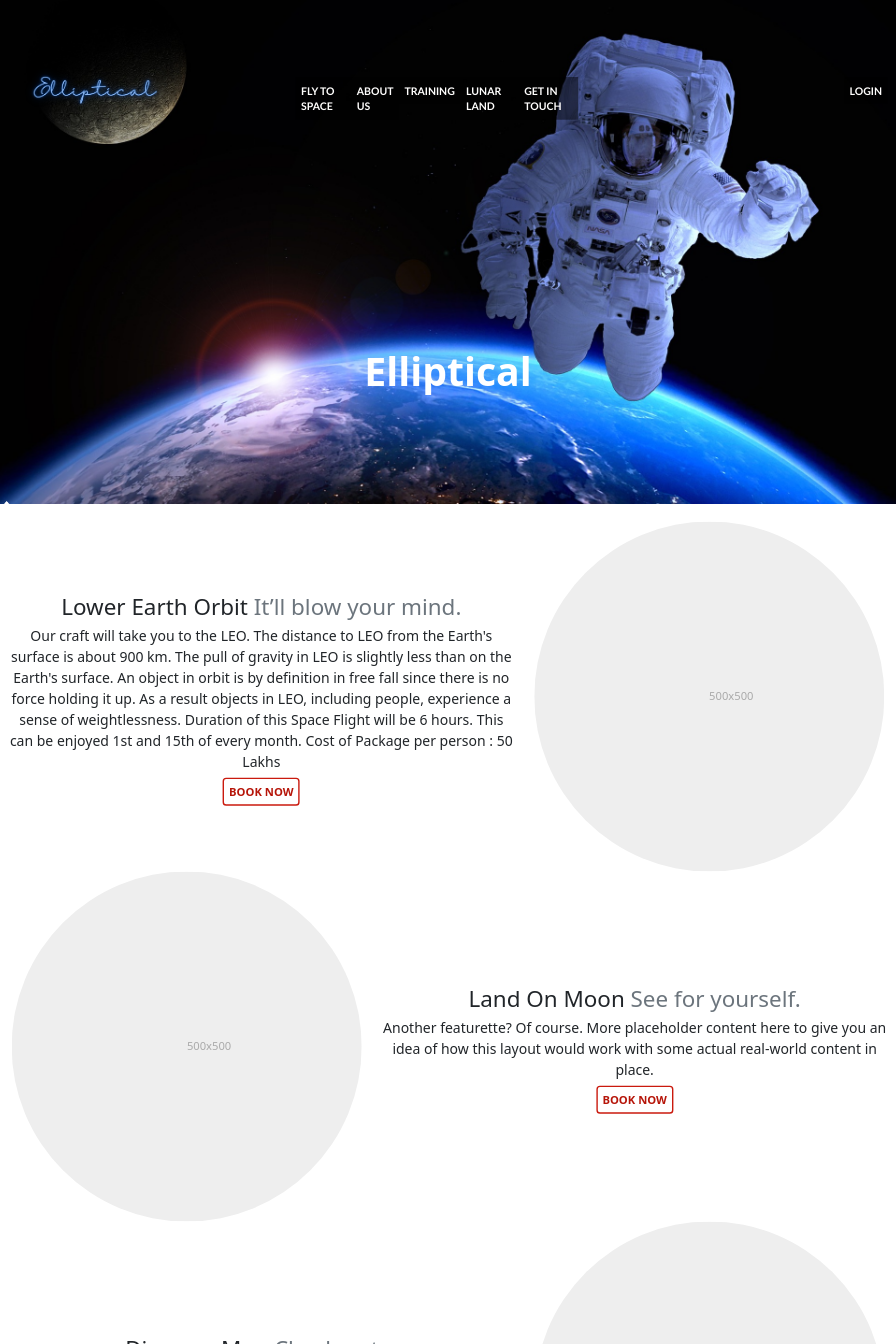
Repository: sarthakkathpalia/elliptical
Page: html/home.html
An editor plug-in stored every save of this project. The page is shown before and after the next save, followed by the edit.
The browser window is 1280 px wide. The pictures show the part of the page from y = 0 to 1920 px (the page is 4287 px tall), at 70% of full size.
Some web libraries are served in a nearby version.

Above is the page before, as saved 2021-10-31 14:22:20.
Console error: ReferenceError: emailjs is not defined

### html/home.html
<!doctype html>
<html lang="en">
  <head>
    <!-- Required meta tags -->
    <meta charset="utf-8">
    <meta name="viewport" content="width=device-width, initial-scale=1">

    <!-- Bootstrap CSS -->
    <link href="https://cdn.jsdelivr.net/npm/bootstrap@5.1.3/dist/css/bootstrap.min.css" rel="stylesheet" integrity="sha384-1BmE4kWBq78iYhFldvKuhfTAU6auU8tT94WrHftjDbrCEXSU1oBoqyl2QvZ6jIW3" crossorigin="anonymous">
    <link rel="stylesheet" href="/Css/home.css">
    <script type="text/javascript" src="https://cdn.jsdelivr.net/npm/emailjs-com@3/dist/email.min.js"></script>
    <link rel="stylesheet" href="https://cdn.jsdelivr.net/npm/bootstrap-icons@1.6.1/font/bootstrap-icons.css">

    <script type="text/javascript">
    (function() {
    emailjs.init("user_RQy2NQAr1UeMOoaw4Cpgi");
    })();
    </script>
    <title>XYZ</title>
  </head>
  <body>

    <nav class="navbar navbar-expand-lg ">

      <a class="logo" href="#">
        <img src="./Elliptical Logo without bg.png" alt="Elliptical" width="250px" height="250px">
      </a>

        <div class="container">
        <!-- <button class="navbar-toggler" type="button" data-bs-toggle="collapse" data-bs-target="#navbarNavDropdown" aria-controls="navbarNavDropdown" aria-expanded="false" aria-label="Toggle navigation">
          <span class="navbar-toggler-icon"></span>
        </button> -->

        <div class="collapse navbar-collapse" id="navbarNavDropdown">
          <ul class="navbar-nav ">
            <li class="nav-item">
              <a class="nav-link" href="login.html">FLY TO SPACE</a>
            </li>
            <li class="nav-item">
              <a class="nav-link" href="#section2">About Us</a>
            </li>
            <li class="nav-item">
            <li class="nav-item">
                <a class="nav-link" href="test.html">Training</a>
            </li>
              <a class="nav-link" href="#">Lunar Land</a>
            </li>
            <li class="nav-item">
              <a class="nav-link" href="#contact">Get In Touch</a>
            </li>
            <li class="nav-item login">
              <a class="nav-link" href="login.html">Login</a>
            </li>
          </ul>
            <!-- <li class="nav-item dropdown">
              <a class="nav-link dropdown-toggle" href="#" id="navbarDropdownMenuLink" role="button" data-bs-toggle="dropdown" aria-expanded="false">
                Dropdown link
              </a>
              <ul class="dropdown-menu" aria-labelledby="navbarDropdownMenuLink">
                <li><a class="dropdown-item" href="#">Action</a></li>
                <li><a class="dropdown-item" href="#">Another action</a></li>
                <li><a class="dropdown-item" href="#">Something else here</a></li>
              </ul>
            </li> -->



            <!-- <div class="right ms-auto">
            <a class="nav-link" href="#"></a>
          </div>
          <input type="checkbox" id="check"> -->
    <!-- <label for="check">
      <i class="bi bi-bag" id="btn"></i>
      <i class="bi bi-x-square" id="cancel"></i>
    </label> -->
    <!-- <div class="sidebar">
      <header>Shop</header>
      <a href="#" class="active">
        <i class="bi bi-caret-right"></i>
        <span>Dashboard</span>
      </a>
      <a href="#">
        <i class="bi bi-caret-right"></i>
        <span>Shortcuts</span>
      </a>
      <a href="#">
        <i class="bi bi-caret-right"></i>
        <span>Overview</span>
      </a>
      <a href="#">
        <i class="bi bi-caret-right"></i>
        <span>Events</span>
      </a>
      <a href="#">
        <i class="bi bi-caret-right"></i>
        <span>About</span>
      </a>
      <a href="#">
        <i class="bi bi-caret-right"></i>
        <span>Services</span>
      </a>
      <a href="#">
        <i class="bi bi-caret-right"></i>
        <span>Contact</span>
      </a>
    </div> -->
        </div>
      </div>
    </nav>





    <div class="home vh-100 d-flex align-items-center " id="home">
      <div class="container ">
          <div class="row">
              <div class="col-lg-7 mx-auto text-center">
                  <h1 class="display-4 ">Elliptical</h1>
                  <!-- <p class=" my-3">Lorem ipsum dolor sit amet, consectetur adipisicing elit. Eaque quia
                      sequi eius. Quas, totam aliquid. Repudiandae reiciendis vel excepturi ipsa voluptate dicta!
                  </p> -->
              </div>
          </div>
      </div>
  </div>


      <a id="arrow" class = "arrow" href="#home "><i class="up"></i></a>
      <a id="arrow" class = "arrow" href="#section2 "><i class="down"></i></a>







<div class="container marketing">



  <div id="fly" class="con1 ">
  <div class="row featurette align-items-center">
    <div class="col-md-7">
      <h2 class="featurette-heading">Lower Earth Orbit <span class="text-muted">It’ll blow your mind.</span></h2>
      <p class="lead">Our craft will take you to the LEO. The distance to LEO from the Earth's surface is about 900 km. The pull of gravity in LEO is slightly less than on the Earth's surface. An object in orbit is by definition in free fall since there is no force holding it up. As a result objects in LEO, including people, experience a sense of weightlessness.
        Duration of this Space Flight will be 6 hours. This can be enjoyed 1st and 15th of every month.

        Cost of Package per person : 50 Lakhs</p>

      <div class="Booknow">
        <a  href="login.html">Book Now</a>
      </div>

    </div>
    <div class="col-md-5">
      <!-- <img src="cosmos.jpg" alt=""> -->
      <svg class="bd-placeholder-img bd-placeholder-img-lg featurette-image img-fluid mx-auto" width="500" height="500" xmlns="http://www.w3.org/2000/svg" role="img" aria-label="Placeholder: 500x500" preserveAspectRatio="xMidYMid slice" focusable="false"><title>Placeholder</title><rect width="100%" height="100%" fill="#eee"></rect><text x="50%" y="50%" fill="#aaa" dy=".3em">500x500</text></svg>

    </div>
  </div>
</div>


<div id="fly" class="con2">
  <div class="row featurette align-items-center">
    <div class="col-md-7 order-md-2">
      <h2 class="featurette-heading">Land On Moon <span class="text-muted">See for yourself.</span></h2>
      <p class="lead">Another featurette? Of course. More placeholder content here to give you an idea of how this layout would work with some actual real-world content in place.</p>

      <div class="Booknow">
        <a  href="login.html">Book Now</a>
      </div>
    </div>
    <div class="col-md-5 order-md-1">
      <svg class="bd-placeholder-img bd-placeholder-img-lg featurette-image img-fluid mx-auto" width="500" height="500" xmlns="http://www.w3.org/2000/svg" role="img" aria-label="Placeholder: 500x500" preserveAspectRatio="xMidYMid slice" focusable="false"><title>Placeholder</title><rect width="100%" height="100%" fill="#eee"></rect><text x="50%" y="50%" fill="#aaa" dy=".3em">500x500</text></svg>

    </div>
  </div>
</div>


<div id="fly" class="con3">
  <div class="row featurette align-items-center">
    <div class="col-md-7">
      <h2 class="featurette-heading">Discover Mars<span class="text-muted">Checkmate.</span></h2>
      <p class="lead">And yes, this is the last block of representative placeholder content. Again, not really intended to be actually read, simply here to give you a better view of what this would look like with some actual content. Your content.</p>
      <div class="Booknow">
        <a  href="login.html">Book Now</a>
      </div>
    </div>
    <div class="col-md-5">
      <svg class="bd-placeholder-img bd-placeholder-img-lg featurette-image img-fluid mx-auto" width="500" height="500" xmlns="http://www.w3.org/2000/svg" role="img" aria-label="Placeholder: 500x500" preserveAspectRatio="xMidYMid slice" focusable="false"><title>Placeholder</title><rect width="100%" height="100%" fill="#eee"></rect><text x="50%" y="50%" fill="#aaa" dy=".3em">500x500</text></svg>

    </div>
  </div>
</div>


<div id="fly" class="con4 ">
<div class="row featurette align-items-center">
  <div class="col-md-7 order-md-2">
    <h2 class="featurette-heading">Honey To Moon <span class="text-muted">See for yourself.</span></h2>
    <p class="lead">Another featurette? Of course. More placeholder content here to give you an idea of how this layout would work with some actual real-world content in place.</p>

    <div class="Booknow">
      <a  href="login.html">Book Now</a>
    </div>
  </div>
  <div class="col-md-5 order-md-1">
    <svg class="bd-placeholder-img bd-placeholder-img-lg featurette-image img-fluid mx-auto" width="500" height="500" xmlns="http://www.w3.org/2000/svg" role="img" aria-label="Placeholder: 500x500" preserveAspectRatio="xMidYMid slice" focusable="false"><title>Placeholder</title><rect width="100%" height="100%" fill="#eee"></rect><text x="50%" y="50%" fill="#aaa" dy=".3em">500x500</text></svg>

  </div>
</div>
</div>
</div>

  <!-- <div class="col-md-5">
    <svg class="bd-placeholder-img bd-placeholder-img-lg featurette-image img-fluid mx-auto" width="500" height="500" xmlns="http://www.w3.org/2000/svg" role="img" aria-label="Placeholder: 500x500" preserveAspectRatio="xMidYMid slice" focusable="false"><title>Placeholder</title><rect width="100%" height="100%" fill="#eee"></rect><text x="50%" y="50%" fill="#aaa" dy=".3em">500x500</text></svg>

  </div>
</div>
</div> -->

<!-- <section id="services">

  <div class="container">
      <div class="row  mb-5">
          <div class=" col-md-8 mx-auto text-center">

              <h1 data-aos="fade-up">Reviews</h1>
              <p>Lorem ipsum dolor sit amet consectetur nisi necessitatibus repellat distinctio eveniet eaque fuga
                  in cumque optio consectetur harum vitae debitis sapiente praesentium aperiam aut</p>
          </div>
      </div>
      <div class="row g-4">
          <div class="col-lg-4 col-sm-6">
              <div class="service card-effect bounceInUp">
                  <div class="iconbox">
                      <i class='bx bxs-check-shield'></i>
                  </div>
                  <h5 class="mt-4 mb-2">x</h5>
                  <p>Lorem ipsum dolor sit amet consectetur adipisicing elit. Nihil perspiciatis illo asperiores
                      perferendis </p>
              </div>
          </div>
          <div class="col-lg-4 col-sm-6">
              <div class="service card-effect">
                  <div class="iconbox">
                      <i class='bx bxs-comment-detail'></i>
                  </div>
                  <h5 class="mt-4 mb-2">y</h5>
                  <p>Lorem ipsum dolor sit amet consectetur adipisicing elit. Nihil perspiciatis illo asperiores
                      perferendis </p>
              </div>
          </div>
          <div class="col-lg-4 col-sm-6">
              <div class="service card-effect">
                  <div class="iconbox">
                      <i class='bx bxs-cog'></i>
                  </div>
                  <h5 class="mt-4 mb-2">z</h5>
                  <p>Lorem ipsum dolor sit amet consectetur adipisicing elit. Nihil perspiciatis illo asperiores
                      perferendis </p>
              </div>
          </div>
         </div>

  </div>
</section> -->
<main id=section2>
  <div class=" section2 container ">
    <div class="row ">
      <div class="col-lg-6 ">
          <h1 data-js="reveal" class="display-4 ">About Us</h1>
          <p  data-js="reveal" class=" my-3">
            Our planet Earth has about 8 Billion people and hardly 650 of them have been lucky enough who got the opportunity to travel in space under various missions. In 2020, Elliptical opened the doors for common citizens to explore space, not under any Government Mission but on a joy trip on a Space Craft owned by us named __(space craft name). It is a matter of pride that we will be the first Indian company to start space travel as a private enterprise. Our first trip to Moon is scheduled for 24th December 2021 from 'Sriharikota' and later in June'22 we plan to take a trip to Mars too. However we have not restricted our spectrum of activities to Space Travel only but we also undertake training of people for Space Travel and besides we are authorised company for sale of Lunar Land!!
          </p>
      </div>
    </div>
</div>
</main>
<div id= "contact" class="form">

  <h2>Get in Touch</h2>
  <label htmlFor="name">Name</label>
  <input type="text" id="name"/>
  <label htmlFor="City">City</label>
  <input type="text" id="city"/>
  <label htmlFor="email">E-Mail</label>
  <input type="email" id="email"/>
  <label>Contact Details</label>
  <textarea  rows="7" cols="100"  id="message" ></textarea>
  <button class="b1" onclick="sendEmail()">Submit</button>
</div>



<footer class="py-3 my-0">
  <!-- <ul class="nav justify-content-center border-bottom pb-3 mb-3">
    <li class="nav-item"><a href="#" class="nav-link px-2 text-muted">Home</a></li>
    <li class="nav-item"><a href="#" class="nav-link px-2 text-muted">Features</a></li>
    <li class="nav-item"><a href="#" class="nav-link px-2 text-muted">Pricing</a></li>
    <li class="nav-item"><a href="#" class="nav-link px-2 text-muted">FAQs</a></li>
    <li class="nav-item"><a href="#" class="nav-link px-2 text-muted">About</a></li>
  </ul> -->
  <p class="text-center text-muted">© 2021 Elliptical, Inc</p>
</footer>



    <!-- Optional JavaScript; choose one of the two! -->

    <!-- Option 1: Bootstrap Bundle with Popper -->
    <script src="https://cdn.jsdelivr.net/npm/bootstrap@5.1.3/dist/js/bootstrap.bundle.min.js" integrity="sha384-ka7Sk0Gln4gmtz2MlQnikT1wXgYsOg+OMhuP+IlRH9sENBO0LRn5q+8nbTov4+1p" crossorigin="anonymous"></script>

    <!-- Option 2: Separate Popper and Bootstrap JS -->
    <!--
    <script src="https://cdn.jsdelivr.net/npm/@popperjs/core@2.10.2/dist/umd/popper.min.js" integrity="sha384-7+zCNj/IqJ95wo16oMtfsKbZ9ccEh31eOz1HGyDuCQ6wgnyJNSYdrPa03rtR1zdB" crossorigin="anonymous"></script>
    <script src="https://cdn.jsdelivr.net/npm/bootstrap@5.1.3/dist/js/bootstrap.min.js" integrity="sha384-QJHtvGhmr9XOIpI6YVutG+2QOK9T+ZnN4kzFN1RtK3zEFEIsxhlmWl5/YESvpZ13" crossorigin="anonymous"></script>
    -->
    <script src="/main.js"></script>
  </body>
</html>

### Css/home.css

*{
    margin: 0;
    padding: 0;
    box-sizing: border-box;
}
.logo{
    /* background-color: white; */
   /* margin: 0px; */
   margin-left: 10px;
   margin-top: -20px;
}
.navbar-nav{
    font-weight: bold;
    text-transform: uppercase;
    margin-left: 150px;
    font-size: 15px;
    font-family: 'Gill Sans', 'Gill Sans MT', Calibri, 'Trebuchet MS', sans-serif;
}

.navbar{
    position: fixed;
    z-index: 10;
    margin-top: 17px;
    width: 100%;

}
.navbar-nav a{
    color: rgb(255, 254, 253);
    background-color: rgba(0, 0, 0, 0.459);

}

.navbar-nav a:hover{
    color: rgb(78, 168, 209);

}
.home{
    position: relative;
    background-image: url(/Images/astronaut.jpg);
    background-size: cover;
    background-position: center;
}
.home .row{
    margin-top: 350px;
}
.home h1{
    color: rgb(255, 255, 255);
    font-weight: bold;
}
.home p{
    color: antiquewhite;
}
.row a{
    border: 2px solid wheat;
    color: aliceblue;
}
.row a:hover{
    transition: 0.2s;
    transform: translateY(5%);
    font-size: 18px;
    border: 2px solid wheat;
    color: aliceblue;
}

.right a{
   color: white;
   font-weight: bold;
   text-transform: uppercase;

   font-size: 15px;
   font-family: 'Gill Sans', 'Gill Sans MT', Calibri, 'Trebuchet MS', sans-serif;
}
.right a:hover{
    color: rgb(78, 168, 209);
    text-decoration: underline;
    transition: 0.5s;
   font-size: 18px;
   transform: translateY(-8%);

}
.nav-item a:focus{
    color:black;
}

section {

    height:700px;

  }
  .service{
    padding: 25px;
    box-shadow: 5px 8px 22px rgba(0, 0, 0, 0.199);
    transition: all 0.35s ease;
  }

  .service:hover{
    box-shadow: 5px 8px 22px rgba(38, 17, 66, 0.205);
    transform: translateY(5px);

  }


   #section2 .container {

    height:650px;

    background-image: url(/Images/moonphase.jpg);
    background-repeat: no-repeat;
    background-size: cover;
    background-position: center;
    max-width: 100%;
    text-align: center;

  }

  .section2 h1{
    text-align: center;
    font-weight: bold;
    color: #b93632;
    padding-bottom: 47px;

  }
  .section2 p{

    padding-bottom: 50px;
    font-size: 20px;
  }

  .section2 .row{
    display: flex;
     max-width: 100%;
    padding: 70px;
     justify-content: center;
     margin-bottom:150px ;
    color: aliceblue;
    font-size: 18px;
  }
  [data-reveal="text"]{
      opacity: 0;

  }
  [data-js="reveal"].loaded [data-reveal="text"]{
      opacity:1;
      animation:reveal-text 1.5s ease;

  }
  @keyframes reveal-text {
      0%{
         opacity: 0;

      }
      50%{

          opacity: 1;
      }

    }

    .marketing{


      background-size: cover;
      background-position: center;
      max-width: 100%;

    }


      footer {
        background-color: #000000e7;
        margin-bottom: 0%;
        /* background-image:url(/Images/cosmos.jpg) ; */
      }
      .form{

        height: 820px;
        font-family: 'Gill Sans', 'Gill Sans MT', Calibri, 'Trebuchet MS', sans-serif;
        font-weight: bolder;
        padding-top: 80px;
        padding-left: 200px;
        /* background-image:url("/Images/contact.jpg"); */

        display: flex;
        color: rgba(255, 255, 255, 0.904);
        flex-direction: column;
        background-image: url(/Images/rotating-earth.gif);
         background-repeat: no-repeat;
         background-size: cover;
         background-position: center;
    }

    input,textarea{
        /* background-color: slategrey; */
        background: transparent;
        border-color: rgba(255, 255, 255, 0.918);
        border-width: 3px;
        color: white;
    }
    textarea{
        width:350px;

        border-radius: 8px;

    }
    input{
        width:350px;
        height: 30px;
        border-radius: 8px;
    }

    label{
        font-size: 20px;
        margin-top: 30px;
        margin-bottom: 3px;
    }
    .b1{
        margin-top: 20px;
        color: rgba(255, 255, 255, 0.911);
        background-color:#000000 ;
        padding: 18px;
        font-size: 25px;
        width: 350px;
        border-radius: 8px;
    }
    .b1:hover{
        background-color: white;
        color: black;
    }
    svg{
        clip-path: circle();

    }
    i{
        border: solid white;
        border-width: 0 3px 3px 0;
        display: inline-block;
        padding: 8px;

    }

    .up{
        transform:rotate(-135deg);
    }
    .down{

        transform: rotate(45deg);
    }

.login{
    margin-left: 380px;
}



.featurette{
    text-align: center;
}
.Booknow a{
    color:rgb(182, 21, 9);
    text-decoration: none;
    padding: 7px;
    font-weight: bold;
    text-transform: uppercase;
    border-radius: 5px;
    border: 2px solid rgb(202, 26, 14);
}
.Booknow a:hover{
    background-color: rgb(202, 26, 14);
    padding: 8px;
    font-weight: normal;
    font-size: 17px;
    border:none
}

### main.js
"use strict";
const sendEmail = async () => {
  var templateParams = {
      name: document.getElementById("name").value,
      message:document.getElementById("message").value,
      city:document.getElementById("city").value,
      Email:document.getElementById("email").value
  };

  emailjs.send('service_v5j0w57', 'template_jckj8km',templateParams)
    .then(function(res)
        {
          console.log("success",res.status);
        })

  const res = await fetch("https://tea-baggins-default-rtdb.firebaseio.com/form.json",{
      method: "POST",
      headers: {
          "Content-Type" : "application/json",
      },
      body:JSON.stringify(templateParams),
     })

  console.log("submited");
  alert("Thank you for your response");
}

var COLOR_LIST = ['#31fe4d', '#ff00ff', 'orange', '#007fff', '#00ffff'];
var $targetList;

var init = function init() {
  $targetList = document.querySelectorAll('[data-js="reveal"]');
  setup();
  window.addEventListener('scroll', onScroll, false);
  window.dispatchEvent(new Event('scroll'));
};

var getArrayRandomValue = function getArrayRandomValue(array) {
  return array[Math.floor(Math.random() * array.length)];
};

var setup = function setup() {
  var _iteratorNormalCompletion = true;
  var _didIteratorError = false;
  var _iteratorError = undefined;

  try {
    for (var _iterator = $targetList[Symbol.iterator](), _step; !(_iteratorNormalCompletion = (_step = _iterator.next()).done); _iteratorNormalCompletion = true) {
      var $target = _step.value;
      var content = $target.innerHTML;
      var color = 'revealColor' in $target.dataset ? $target.dataset.revealColor : getArrayRandomValue(COLOR_LIST);
      $target.innerHTML = "<span data-reveal=\"content\"><div data-reveal=\"cover\" style=\"background-color:".concat(color, "\"></div><span data-reveal=\"text\">").concat(content, "</span></span>");
    }
  } catch (err) {
    _didIteratorError = true;
    _iteratorError = err;
  } finally {
    try {
      if (!_iteratorNormalCompletion && _iterator.return != null) {
        _iterator.return();
      }
    } finally {
      if (_didIteratorError) {
        throw _iteratorError;
      }
    }
  }
};

var onScroll = function onScroll() {
  var windowH = window.innerHeight;
  var scrollTop = document.documentElement.scrollTop || document.body.scrollTop;
  var isMostScroll = document.body.clientHeight <= scrollTop + windowH;
  var _iteratorNormalCompletion2 = true;
  var _didIteratorError2 = false;
  var _iteratorError2 = undefined;

  try {
    for (var _iterator2 = $targetList[Symbol.iterator](), _step2; !(_iteratorNormalCompletion2 = (_step2 = _iterator2.next()).done); _iteratorNormalCompletion2 = true) {
      var $target = _step2.value;
      if ($target.classList.contains('loaded')) continue;
      var rect = $target.getBoundingClientRect();
      var top = rect.top + scrollTop;
      if (isMostScroll || top <= scrollTop + windowH * .8) $target.classList.add('loaded');
    }
  } catch (err) {
    _didIteratorError2 = true;
    _iteratorError2 = err;
  } finally {
    try {
      if (!_iteratorNormalCompletion2 && _iterator2.return != null) {
        _iterator2.return();
      }
    } finally {
      if (_didIteratorError2) {
        throw _iteratorError2;
      }
    }
  }
};

document.addEventListener('DOMContentLoaded', init, false);

After the next save:
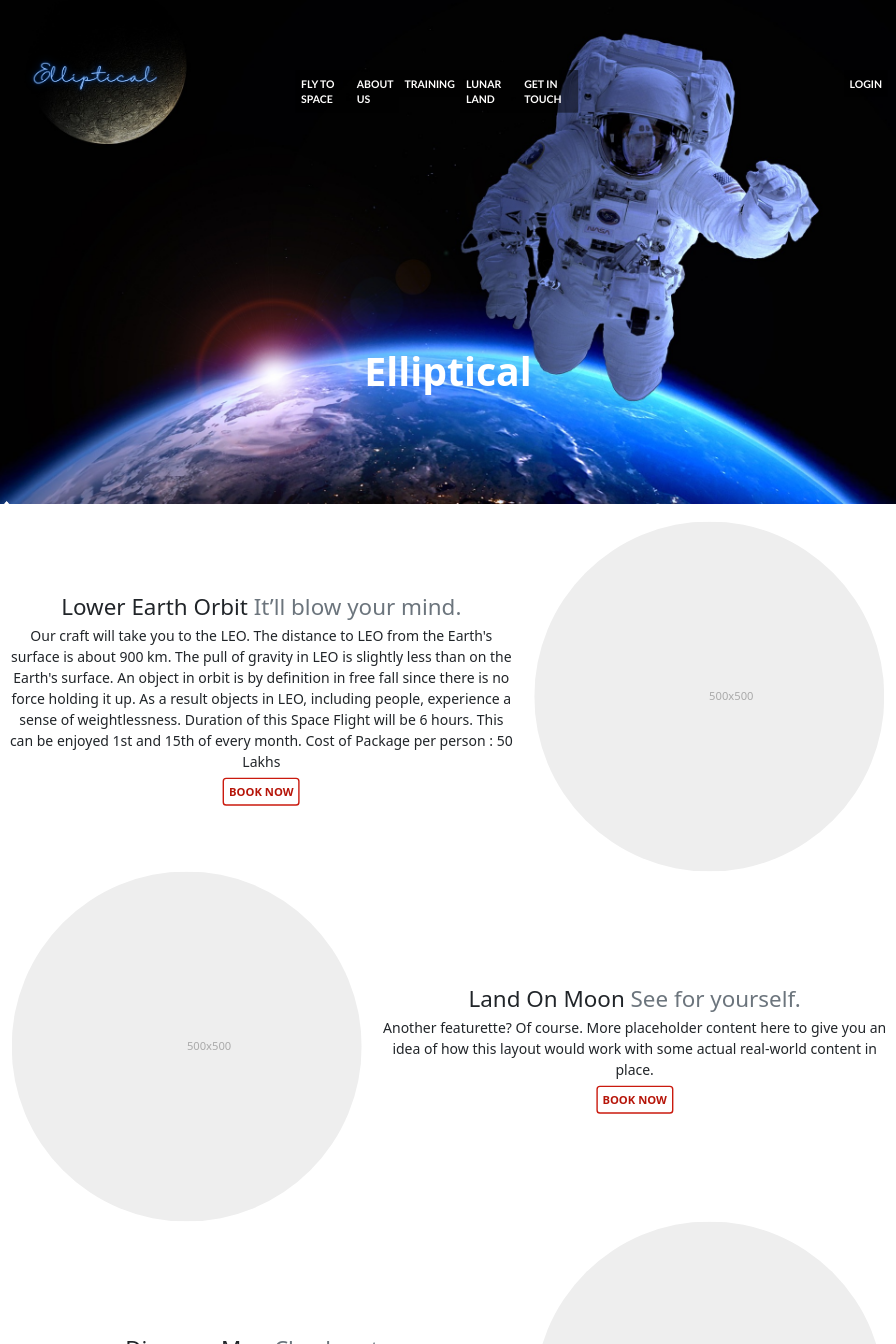
Saved 8 s later.
--- a/Css/home.css
+++ b/Css/home.css
@@ -8,7 +8,7 @@
     /* background-color: white; */
    /* margin: 0px; */
    margin-left: 10px;
-   margin-top: -20px;
+   margin-top: -40px;
 }
 .navbar-nav{
     font-weight: bold;
